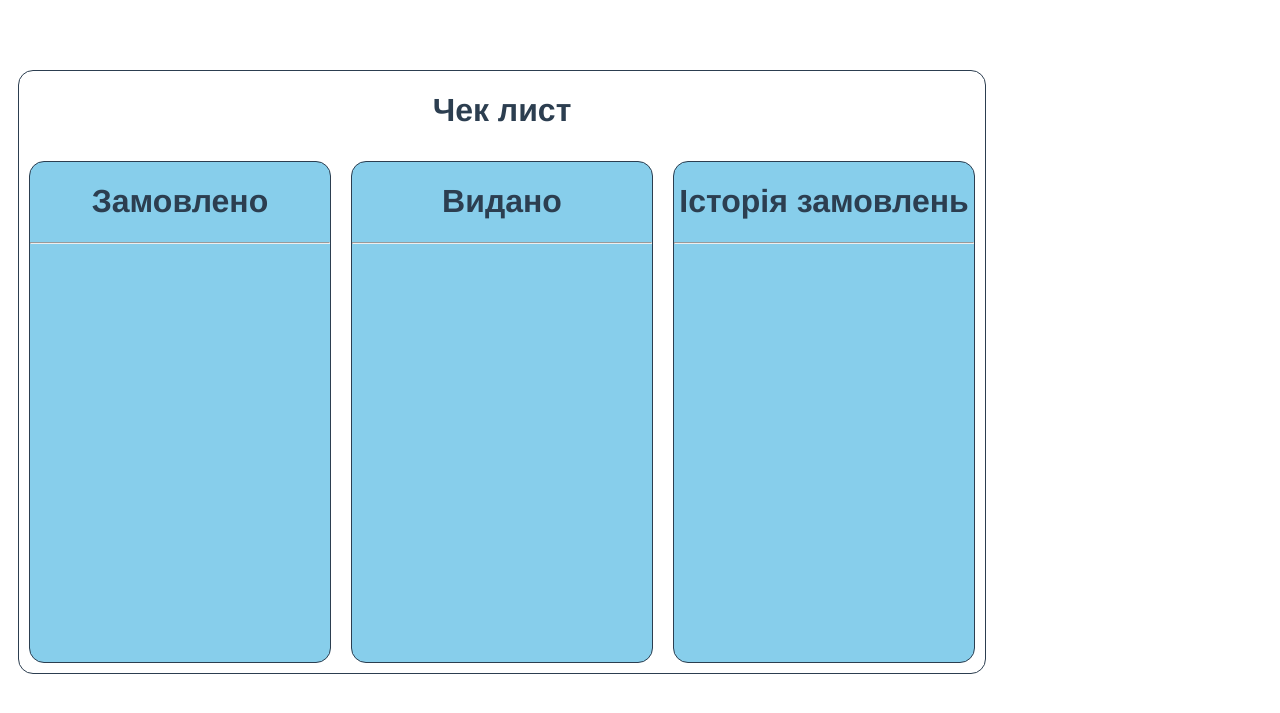
Repository: Salexandraa/HOME_Subotina
Page: / (app in order-list/)
An editor plug-in stored every save of this project. The page is shown before and after the next save, followed by the edit.
The browser window is 1280 px wide. The pictures show the whole page.
The project was rebuilt for these pictures with package versions that can differ from the ones it lists, and the page was loaded fresh each time.

Above is the page before, as saved 2020-10-09 17:10:17.

After the next save:
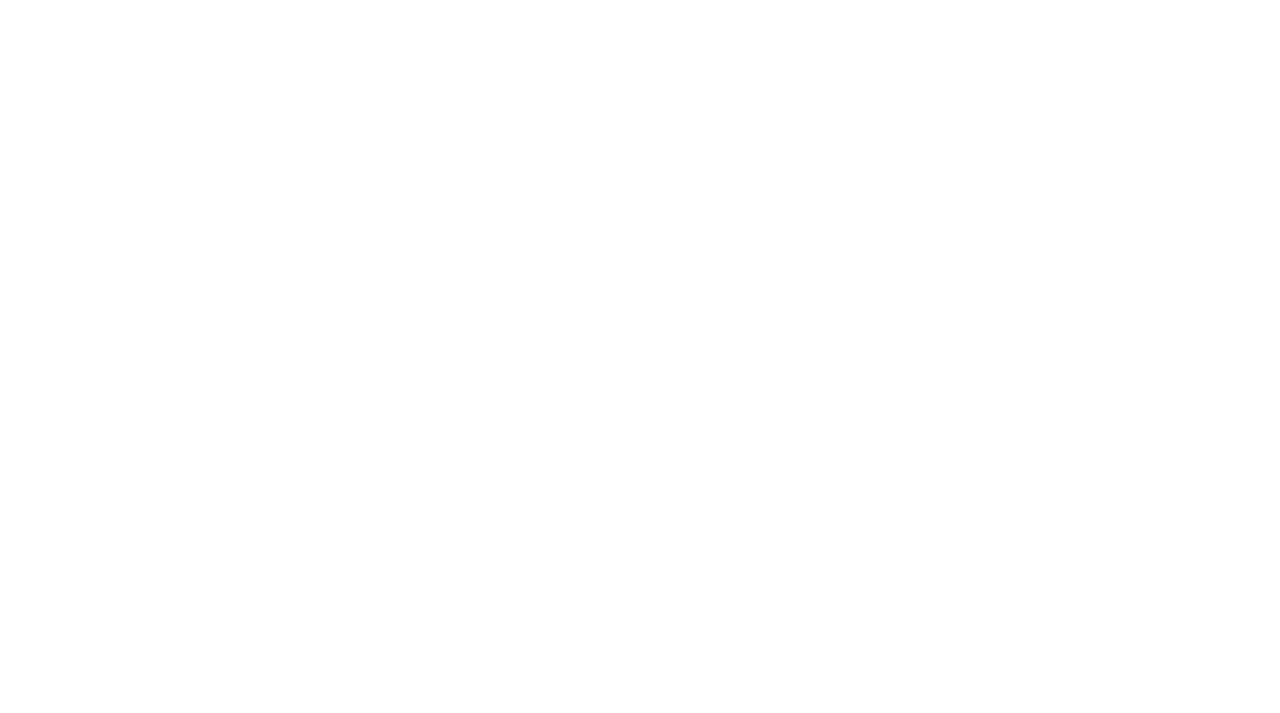
Console error: ReferenceError: CheckList is not defined
Saved 85 s later.
--- a/order-list/src/App.vue
+++ b/order-list/src/App.vue
@@ -14,7 +14,7 @@
 import dishesList from "../settings"
 //import OrderIssued from "./components/CheckList/OrderIssued"
 //import History from "./components/CheckList/History"
-import CheckList from "./components/CheckList"
+//import CheckList from "./components/CheckList"
 export default {
   name: "App",
   components: {
@@ -25,7 +25,7 @@
   },
   data() {
     return {
-      dishesList
+    //  dishesList
       // dishesList: [
       //   {
       //     id: 1,

After the save that followed:
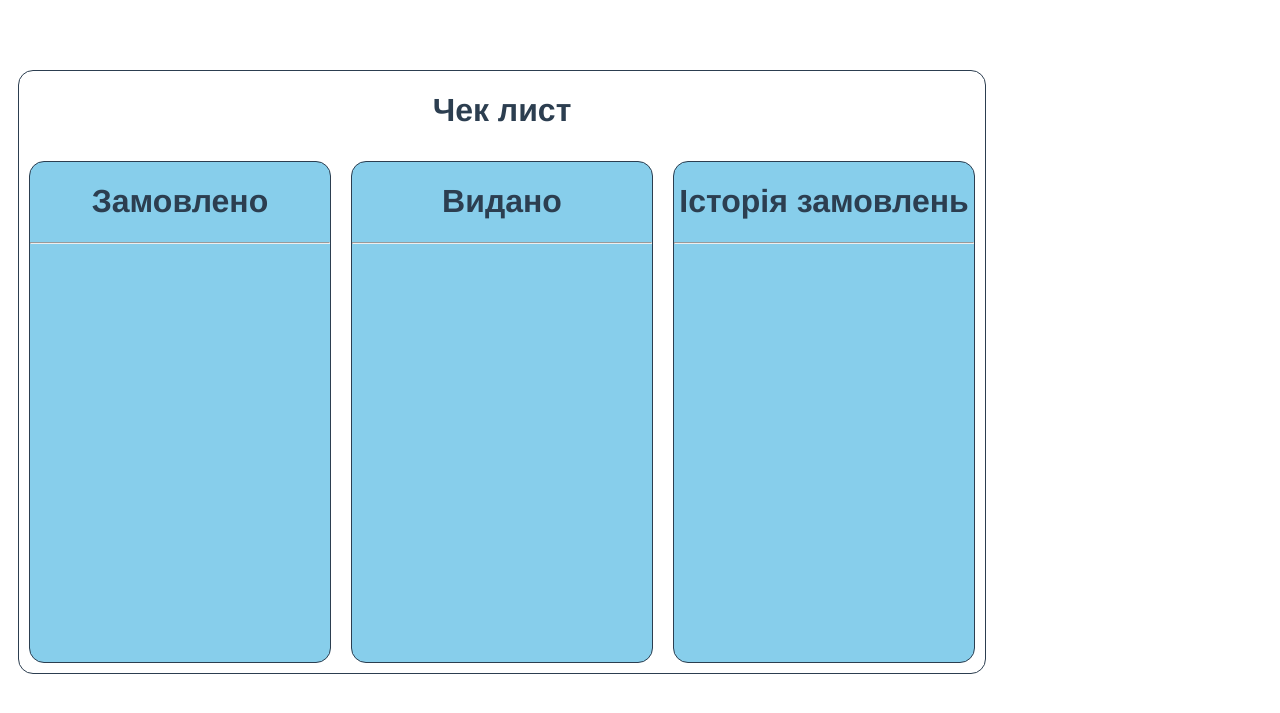
The error is gone.
Saved 23 s later.
--- a/order-list/src/App.vue
+++ b/order-list/src/App.vue
@@ -11,10 +11,10 @@
 
 <script>
 //import Reserved from "./components/CheckList/Reserved";
-import dishesList from "../settings"
+//import dishesList from "../settings"
 //import OrderIssued from "./components/CheckList/OrderIssued"
 //import History from "./components/CheckList/History"
-//import CheckList from "./components/CheckList"
+import CheckList from "./components/CheckList"
 export default {
   name: "App",
   components: {
